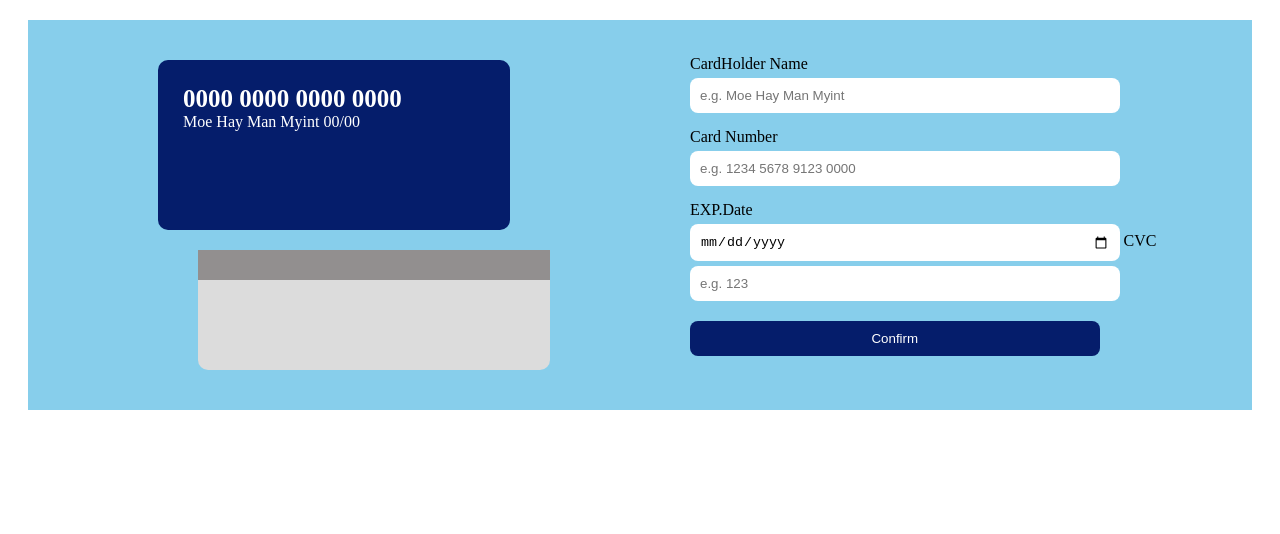
Repository: moehaymanmyint/Interactive-Card-Details-Form
Page: index.html
These files come from the project's save history. The page is drawn as it stood at one moment and after the next save; the edit follows.
The browser window is 1280 px wide. The pictures show the whole page.

Above is the page before, as saved 2024-10-15 23:03:12.

After the next save:
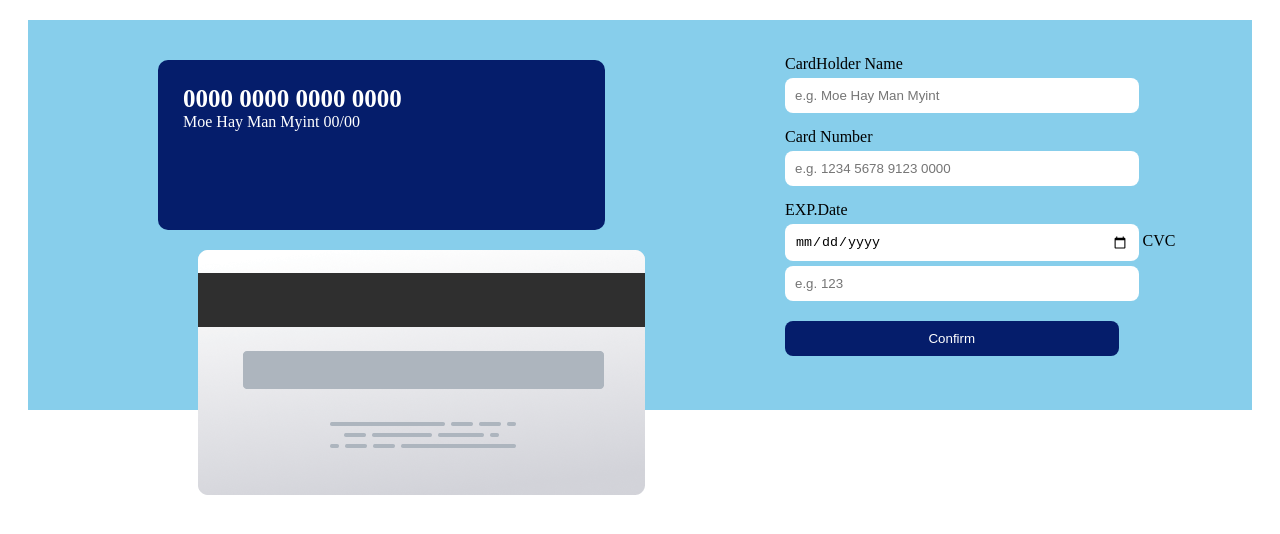
Saved 22 h 34 min later.
--- a/index.html
+++ b/index.html
@@ -16,7 +16,7 @@
             <span class="date">00/00</span>
         </div>
         <div class="back-card">
-            <div style="background-color: rgb(146, 143, 143); height: 30px; " ></div>
+            <img src="./img/bg-card-back.png" alt="">
         </div>
     </div>
 
